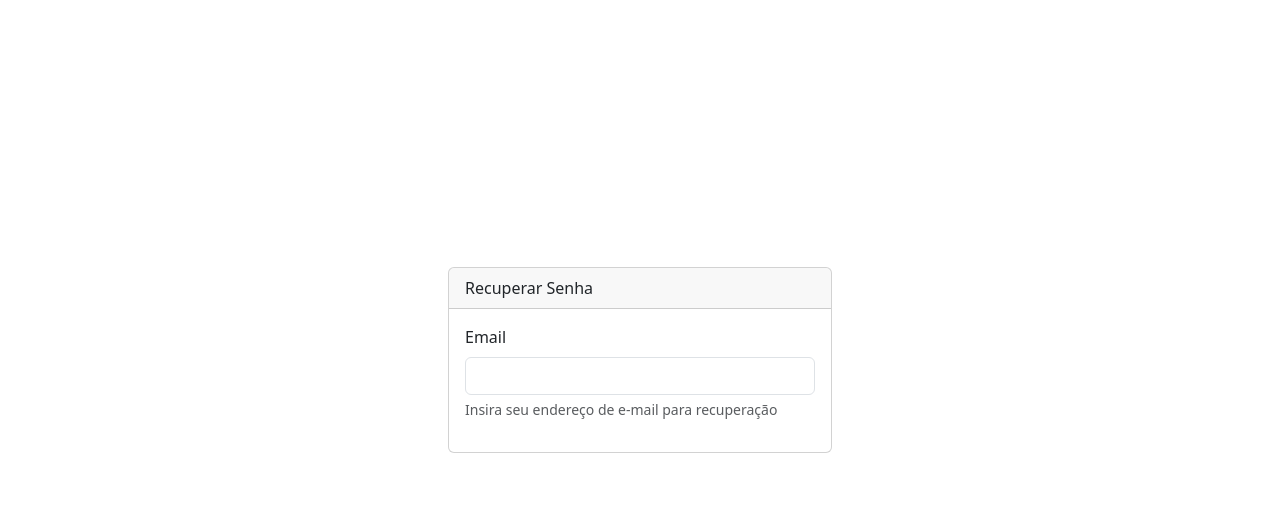
Repository: vandrecx/utilitaries
Page: http://localhost/login_archive/recupera_senha.php
The author's editor kept a copy of each file at every save. The page is drawn from the files as they stood at one save, then again after the next save.
The browser window is 1280 px wide. The pictures show the whole page.
The page is run by PHP 8.4 with error messages shown; the project is at /var/www/html/.

Above is the page before, as saved 2024-04-24 13:55:48.

After the next save:
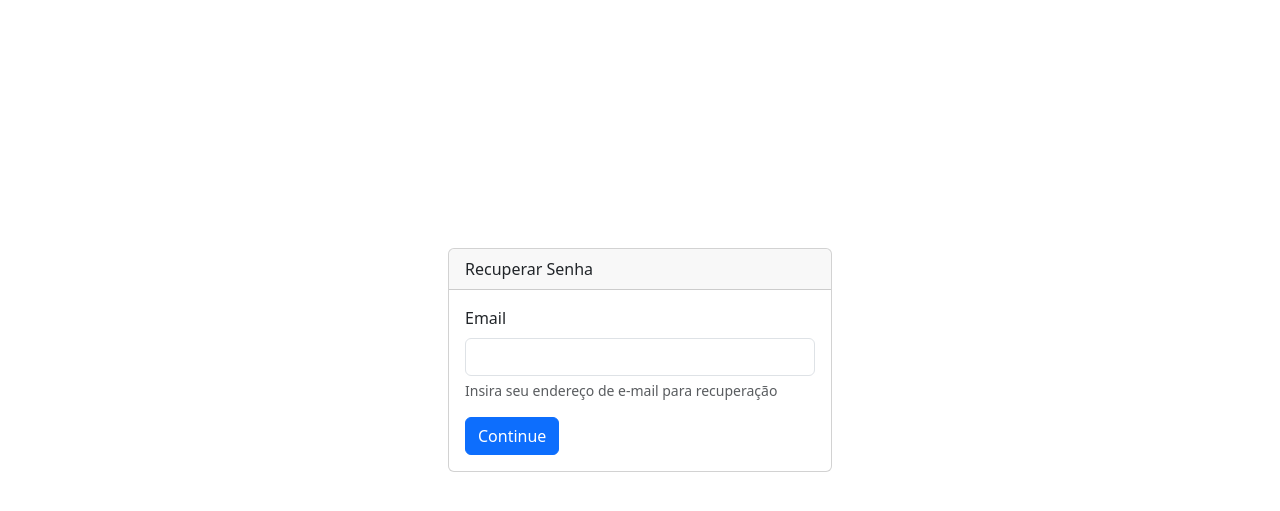
Saved 52 s later.
--- a/login_archive/recupera_senha.php
+++ b/login_archive/recupera_senha.php
@@ -20,6 +20,7 @@
                     <input type="email" class="form-control" id="exampleInputEmail1" aria-describedby="emailHelp" name="email">
                     <div id="emailHelp" class="form-text">Insira seu endereço de e-mail para recuperação</div>
                 </div>
+                <button type="submit" class="btn btn-primary" name="submit">Continue</button>
             </form>
         </div>
     </div>
